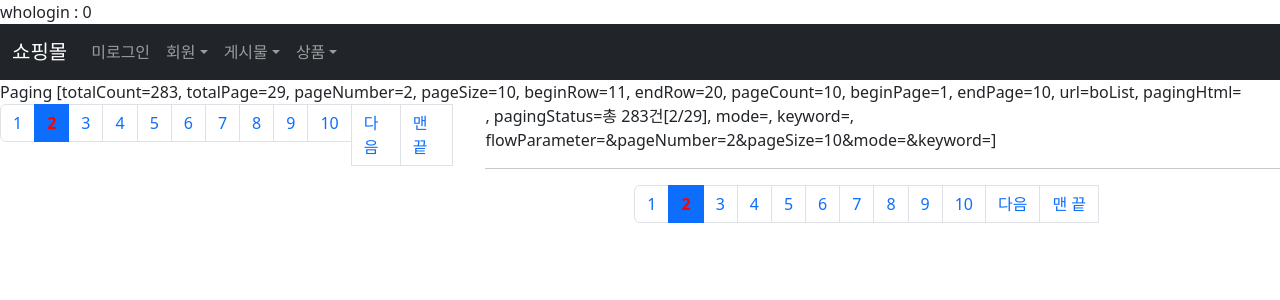
Repository: Sain-Clair/Team5
Page: http://localhost/Student/example/pageTest.jsp
The author's editor kept a copy of each file at every save. The page is drawn from the files as they stood at one save, then again after the next save.
The browser window is 1280 px wide. The pictures show the whole page.
The page is served by Tomcat 9. Other server files are loaded and not shown.

Above is the page before, as saved 2023-09-06 03:25:51.

### Student/src/main/webapp/example/pageTest.jsp
<%@page import="com.shopping.utility.Paging"%>
<%@ page language="java" contentType="text/html; charset=UTF-8"
    pageEncoding="UTF-8"%>
<%@ include file="./../common/common.jsp"%>
<%@ include file="./../common/bootstrap5.jsp"%>
<%
	String _pageNumber = "2" ;
	String _pageSize = "10" ;
	int totalCount = 283 ;
	String url = "boList" ;
	String mode = "" ;
	String keyword = "" ;
	boolean isGrid = false ;

	Paging pageInfo = new Paging(_pageNumber, _pageSize, totalCount, url, mode, keyword, isGrid);

%>
<!DOCTYPE html>
<html>
<head>
<meta charset="UTF-8">
<title>Insert title here</title>
</head>
<body>
	<%=pageInfo.toString()%>
	<hr/>
	<%=pageInfo.getPagingHtml()%>

</body>
</html>

<!--
totalCount=280, pageNumber=25, pageSize=10
pageCount=10

구해야 할 것
totalPage=28
beginRow=241
endRow=250
beginPage=21
endPage=28
-->

### Student/src/main/webapp/common/common.jsp
<%@page import="com.shopping.model.bean.Member"%>
<%@ page language="java" contentType="text/html; charset=UTF-8"
	pageEncoding="UTF-8"%>

<%
	// appName : 애플리케이션 이름(프로젝트 이름_Student)
	String appName = request.getContextPath();
	// in FrontController.java file
	String mappingName = "/Shopping";

	// form 태그에서 사용할 변수
	String withFormTag = appName + mappingName;

	// form 태그가 아닌 영역에서 사용할 변수 <a>
	String notWithFormTag = appName + mappingName +"?command=";

	/* out.print("프로젝트 이름 : " + appName + "<br/>") ;
	out.print("mappingName:" + mappingName +"<br/>");
	out.print("withFormTag:" + withFormTag +"<br/>");
	out.print("notWithFormTag:" + notWithFormTag +"<br/>"); */
%>

<%@page import="java.util.*"%>

<%-- jstl을 위한 태그 라이브러리 선언 --%>
<%@ taglib prefix="c" uri="http://java.sun.com/jsp/jstl/core" %>
<%@ taglib prefix="fn" uri="http://java.sun.com/jsp/jstl/functions" %>

<%-- include file="bootstrap5.jsp" --%>
<%
	// 이 코드들은 차후 삭제 예정
	/*Member mem = new Member() ;
	mem.setId("hong") ; // admin  hong
	mem.setName("홍길동") ; // 관리자  홍길동
	session.setAttribute("loginfo", mem);
	session.setAttribute("loginfo", null); // 미로그인

	// 경고성 Alert Box
	session.setAttribute("alertMessage", "아이디/비번 정보를 잘못 입력하셨습니다.");
	session.setAttribute("alertMessage", null);*/
%>

<!-- whologin 변수는 현재 로그인 상태를 알려 주는 변수입니다. -->
<!-- 미로그인(0) 일반 사용자(1) 관리자(2) -->
<c:set var="whologin" value="0"/>
<c:if test="${not empty sessionScope.loginfo}">
	<c:if test="${sessionScope.loginfo.id == 'admin'}">
		<c:set var="whologin" value="2"/>
	</c:if>
	<c:if test="${sessionScope.loginfo.id != 'admin'}">
		<c:set var="whologin" value="1"/>
	</c:if>
</c:if>
whologin : ${whologin}


<!DOCTYPE html>
<html>
<head>
	<meta charset="UTF-8">
	<title>Insert title here</title>
	<!-- 이 파일은 모든 문서에서 공용으로 참조할 파일입니다.  -->
	<!-- 자바 관련 변수 및 패키지 임포트, 네비게이션 바, jstl 등등 -->
	<!-- for sweet alert -->
	<script src="${pageContext.request.contextPath}/js/sweetalert.js"></script>
	<style>
		.alert-dismissible{margin: 10px;}
	</style>
</head>
<body>
	<nav class="navbar navbar-expand-sm bg-dark navbar-dark">
		<div class="container-fluid">
			<a class="navbar-brand" href="#">쇼핑몰</a>
			<button class="navbar-toggler" type="button"
				data-bs-toggle="collapse" data-bs-target="#collapsibleNavbar">
				<span class="navbar-toggler-icon"></span>
			</button>
			<div class="collapse navbar-collapse" id="collapsibleNavbar">
				<ul class="navbar-nav">
					<li class="nav-item">
						<c:if test="${whologin eq 0}">
							<a class="nav-link" href="#">미로그인</a>
						</c:if>
						<c:if test="${whologin ne 0}">
							<a class="nav-link" href="#">${sessionScope.loginfo.name}님</a>
						</c:if>
					</li>

					<!-- member section -->
					<li class="nav-item dropdown">
						<a class="nav-link dropdown-toggle" href="#" role="button"
							data-bs-toggle="dropdown">회원</a>
						<ul class="dropdown-menu">
							<c:if test="${whologin eq 0}"><!-- href 띄어쓰기 x -->
								<li><a class="dropdown-item" href="<%=notWithFormTag%>meInsert">회원 가입</a></li>
								<li><a class="dropdown-item" href="<%=notWithFormTag%>meLogin">로그인</a></li>
							</c:if>
							<c:if test="${whologin ne 0}">
								<li><a class="dropdown-item" href="#">정보 수정</a></li>
								<li><a class="dropdown-item" href="<%=notWithFormTag%>meLogout">로그아웃</a></li>
								<li><a class="dropdown-item" href="<%=notWithFormTag%>meDetail&id=${sessionScope.loginfo.id}">상세보기</a></li>
								<li><a class="dropdown-item" href="#">탈퇴하기</a></li>
							</c:if>
							<c:if test="${whologin eq 2}">
								<li><a class="dropdown-item" href="<%=notWithFormTag%>meList">목록 보기</a></li>
							</c:if>
						</ul>
					</li>

					<!-- board section -->
					<li class="nav-item dropdown">
						<a class="nav-link dropdown-toggle" href="#" role="button"
							data-bs-toggle="dropdown">게시물</a>
						<ul class="dropdown-menu">
							<c:if test="${whologin ne 0}">
								<li><a class="dropdown-item" href="<%=notWithFormTag%>boInsert">게시물 등록</a></li>
							</c:if>
							<li><a class="dropdown-item" href="<%=notWithFormTag%>boList">목록 보기</a></li>
						</ul>
					</li>
					<!-- product section -->
					<li class="nav-item dropdown">
						<a class="nav-link dropdown-toggle" href="#" role="button"
							data-bs-toggle="dropdown">상품</a>
						<ul class="dropdown-menu">
							<c:if test="${whologin eq 2}">
								<li><a class="dropdown-item" href="<%=notWithFormTag%>prInsert">상품 등록</a></li>
							</c:if>
							<li><a class="dropdown-item" href="<%=notWithFormTag%>prList">목록 보기</a></li>
						</ul>
					</li>

				</ul>
			</div>
		</div>
	</nav>

	<c:if test="${not empty sessionScope.alertMessage}">
		<%-- 사용자에게 주의/경고/오류 등을 알려 주기 위한 Alert Box --%>
		<div class="alert alert-danger alert-dismissible">
	    	<button type="button" class="btn-close" data-bs-dismiss="alert"></button>
	    	<strong>😂😒😂😒😂😒😂😒😂😒😂😒😂😒😂😒😂😒</strong> ${sessionScope.alertMessage}
	  	</div>
	</c:if>
	<%-- 보여준 Alert Box를 session 영역에서 제거합니다. --%>
	<c:remove var="alertMessage" scope="session"/>
</body>
</html>

### Student/src/main/webapp/common/bootstrap5.jsp
<%@ page language="java" contentType="text/html; charset=UTF-8"
    pageEncoding="UTF-8"%>
<!DOCTYPE html>
<html>
<head>
	<meta charset="UTF-8">
	<meta name="viewport" content="width=device-width, initial-scale=1">
	<title>Insert title here</title>
	<!-- 이 파일은 부트 스트랩5를 사용하기 위한 공용 파일입니다. -->
	<!-- 부트 스트랩이 제이 쿼리를 참조하므로 반드시 jquery.js 선언이 먼저 되어야 합니다. -->
	<script type="text/javascript" src="${pageContext.request.contextPath}/js/jquery.js"></script>
	<script type="text/javascript" src="${pageContext.request.contextPath}/js/bootstrap.min.js"></script>
	<link rel="stylesheet" href="${pageContext.request.contextPath}/css/bootstrap.min.css">

	<link rel="stylesheet" href="${pageContext.request.contextPath}/css/jquery-ui.css">
  	<script type="text/javascript" src="${pageContext.request.contextPath}/js/jquery-ui.js"></script>
</head>
<body>

</body>
</html>

### Student/src/main/java/com/shopping/utility/Paging.java
package com.shopping.utility;

public class Paging {
	// 페이징을 위한 클래스
	private int totalCount = 0; // 테이블에 들어 있는 총 행의 개수
	private int totalPage = 0; // 전체 페이지 수

	private int pageNumber = 0; // 현재 페이지 번호
	private int pageSize = 0; // 한 페이지에 보여줄 행의 개수
	private int beginRow = 0; // 현재 페이지에 보여지는 시작 랭킹 번호
	private int endRow = 0; // 현재 페이지에 보여지는 끝 랭킹 번호

	private int pageCount = 10; // 하단 중간에 보이는 페이지 링크 개수
	private int beginPage = 0; // 페이지 링크 시작 번호
	private int endPage = 0; // 페이지 링크 끝 번호

	private String url = ""; // 게시물 보여 주는 페이지(예시 : boList)
	private String pagingHtml = ""; // 하단의 이전/다음/숫자 목록 페이지 하이퍼 링크를 저장하고 있는 문자열
	private String pagingStatus = ""; // 상단 우측의 현재 페이지 현황(예시 : 총 295건[12/30])

	private String mode = ""; // 검색 모드(예시 : 작성자, 글제목 등등)
	private String keyword = ""; // 검색할 단어

	private String flowParameter = ""; // 페이지 이동시 같이 수반되는 파라미터 리스트

	public Paging(String _pageNumber, String _pageSize, int totalCount, String url, String mode, String keyword,
			boolean isGrid) {
		// _pageNumber가 널이거나 문자열 널값이 넘어오거나 빈 문자열이 넘어오면~ _pageNumber.equals("")
		if (_pageNumber == null || _pageNumber.equals("null") || _pageNumber.strip().isEmpty()) {
			_pageNumber = "1";
		}
		this.pageNumber = Integer.parseInt(_pageNumber);

		// isGrid=true이면 상품 목록 보기, false이면 일반 형식(회원, 게시물 목록 등등)
		if (_pageSize == null || _pageSize.equals("null") || _pageSize.equals("")) {
			if (isGrid) {
				_pageSize = "6"; // 2행 3열의 격자 구조
			} else {
				_pageSize = "10";
			}
		}
		this.pageSize = Integer.parseInt(_pageSize);

		this.totalCount = totalCount;
		this.url = url;
		this.mode = mode;
		this.keyword = keyword;

		double _totalPage = Math.ceil((double) totalCount / pageSize);
		totalPage = (int) _totalPage;

		beginRow = (pageNumber - 1) * pageSize + 1;
		endRow = pageNumber * pageSize;
		beginPage = (pageNumber - 1) / pageCount * pageCount + 1;

		if (endRow > totalCount) {
			endRow = totalCount;
		}

		endPage = beginPage + pageCount - 1;

		if (endPage > totalPage) {
			endPage = totalPage;
		}
		this.pagingStatus = "총 " + totalCount + "건[" + pageNumber + "/" + totalPage + "]";

		this.flowParameter = "";
		this.flowParameter += "&pageNumber=" + pageNumber;
		this.flowParameter += "&pageSize=" + pageSize;
		this.flowParameter += "&mode=" + mode;
		this.flowParameter += "&keyword=" + keyword;

		this.pagingHtml = this.getMakePagingHtml();
	}

	/*
	 * <ul class="pagination"> <li class="page-item"><a class="page-link"
	 * href="#">Previous</a></li> <li class="page-item"><a class="page-link"
	 * href="#">1</a></li> <li class="page-item"><a class="page-link"
	 * href="#">2</a></li> <li class="page-item"><a class="page-link"
	 * href="#">3</a></li> <li class="page-item"><a class="page-link"
	 * href="#">Next</a></li> </ul>
	 */

	private String getMakePagingHtml() {
		String html = "";

		html += "<ul class=\"pagination justify-content-center\">";
		if (pageNumber <= pageCount) {
			/* '맨 처음'과 '이전' 항목이 존재하지 않는 경우 */
		} else {
			html += makeLiTag("맨처음", 1);
			html += makeLiTag("이전", beginPage - 1);
		}

		for (int i = beginPage; i <= endPage; i++) {
			if (i == pageNumber) {
				// active 속성으로 활성화시키고, 빨간색으로 진하게 표현하기
				html += "<li class=\"page-item active\">";
				html += "<a class=\"page-link\" href=\"#\">";
				html += "<b><font color ='red'>" + i + "</font></b>";
				html += "</a></li>";
			} else {
				html += makeLiTag(String.valueOf(i), i);
			}

		}
		if (pageNumber >= (totalPage / pageCount * pageCount + 1)) {
			/* '맨 끝'과 '다음' 항목이 존재하지 않는 경우 */
		}else {
			html += makeLiTag("다음", endPage + 1);
			html += makeLiTag("맨 끝", totalPage);
		}

		html += "<ul>";

		return html;
	}

	private String makeLiTag(String caption, int currPageNumber) {
		// String caption: 보여지는 문자열(이전, 다음 등등)
		// currPageNumber: 이동할 페이지 번호
		String result = "";
		result += "<li class='page-item'>";
		result += "<a class='page-link' href='";
		result += this.url;
		result += "&pageNumber=" + currPageNumber;
		result += "&pageSize=" + this.pageSize;
		result += "&mode=" + this.mode;
		result += "&keyword=" + this.keyword;
		result += "'>";
		result += caption;
		result += "</a></li>";

		return result;
	}

	public int getTotalCount() {
		return totalCount;
	}

	public void setTotalCount(int totalCount) {
		this.totalCount = totalCount;
	}

	public int getTotalPage() {
		return totalPage;
	}

	public void setTotalPage(int totalPage) {
		this.totalPage = totalPage;
	}

	public int getPageNumber() {
		return pageNumber;
	}

	public void setPageNumber(int pageNumber) {
		this.pageNumber = pageNumber;
	}

	public int getPageSize() {
		return pageSize;
	}

	public void setPageSize(int pageSize) {
		this.pageSize = pageSize;
	}

	public int getBeginRow() {
		return beginRow;
	}

	public void setBeginRow(int beginRow) {
		this.beginRow = beginRow;
	}

	public int getEndRow() {
		return endRow;
	}

	public void setEndRow(int endRow) {
		this.endRow = endRow;
	}

	public int getPageCount() {
		return pageCount;
	}

	public void setPageCount(int pageCount) {
		this.pageCount = pageCount;
	}

	public int getBeginPage() {
		return beginPage;
	}

	public void setBeginPage(int beginPage) {
		this.beginPage = beginPage;
	}

	public int getEndPage() {
		return endPage;
	}

	public void setEndPage(int endPage) {
		this.endPage = endPage;
	}

	public String getUrl() {
		return url;
	}

	public void setUrl(String url) {
		this.url = url;
	}

	public String getPagingHtml() {
		return pagingHtml;
	}

	public void setPagingHtml(String pagingHtml) {
		this.pagingHtml = pagingHtml;
	}

	public String getPagingStatus() {
		return pagingStatus;
	}

	public void setPagingStatus(String pagingStatus) {
		this.pagingStatus = pagingStatus;
	}

	public String getMode() {
		return mode;
	}

	public void setMode(String mode) {
		this.mode = mode;
	}

	public String getKeyword() {
		return keyword;
	}

	public void setKeyword(String keyword) {
		this.keyword = keyword;
	}

	public String getFlowParameter() {
		return flowParameter;
	}

	public void setFlowParameter(String flowParameter) {
		this.flowParameter = flowParameter;
	}

	@Override
	public String toString() {
		return "Paging [totalCount=" + totalCount + ", totalPage=" + totalPage + ", pageNumber=" + pageNumber
				+ ", pageSize=" + pageSize + ", beginRow=" + beginRow + ", endRow=" + endRow + ", pageCount="
				+ pageCount + ", beginPage=" + beginPage + ", endPage=" + endPage + ", url=" + url + ", pagingHtml="
				+ pagingHtml + ", pagingStatus=" + pagingStatus + ", mode=" + mode + ", keyword=" + keyword
				+ ", flowParameter=" + flowParameter + "]";
	}

}

Loaded but not shown: Student/src/main/webapp/js/sweetalert.js (library); Student/src/main/webapp/js/jquery.js (library); Student/src/main/webapp/js/bootstrap.min.js (library); Student/src/main/webapp/css/bootstrap.min.css (library); Student/src/main/webapp/css/jquery-ui.css (library); Student/src/main/webapp/js/jquery-ui.js (library)

After the next save:
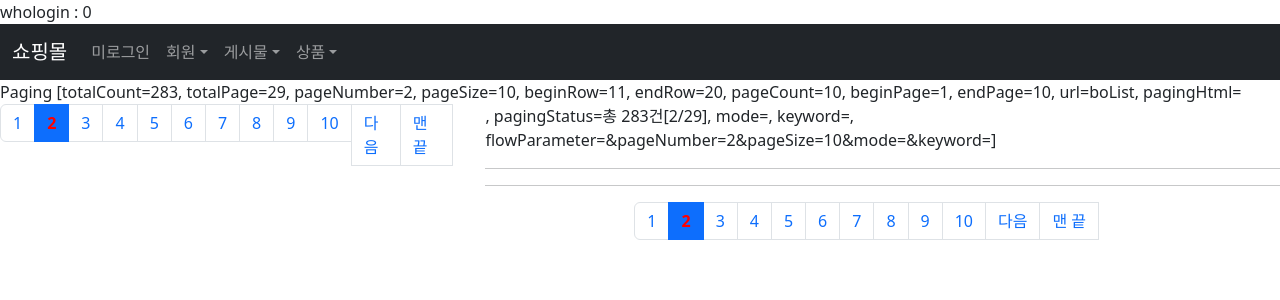
Saved 49 s later.
--- a/Student/src/main/webapp/example/pageTest.jsp
+++ b/Student/src/main/webapp/example/pageTest.jsp
@@ -24,6 +24,7 @@
 <body>
 	<%=pageInfo.toString()%>
 	<hr/>
+	<hr/>
 	<%=pageInfo.getPagingHtml()%>
 
 </body>
